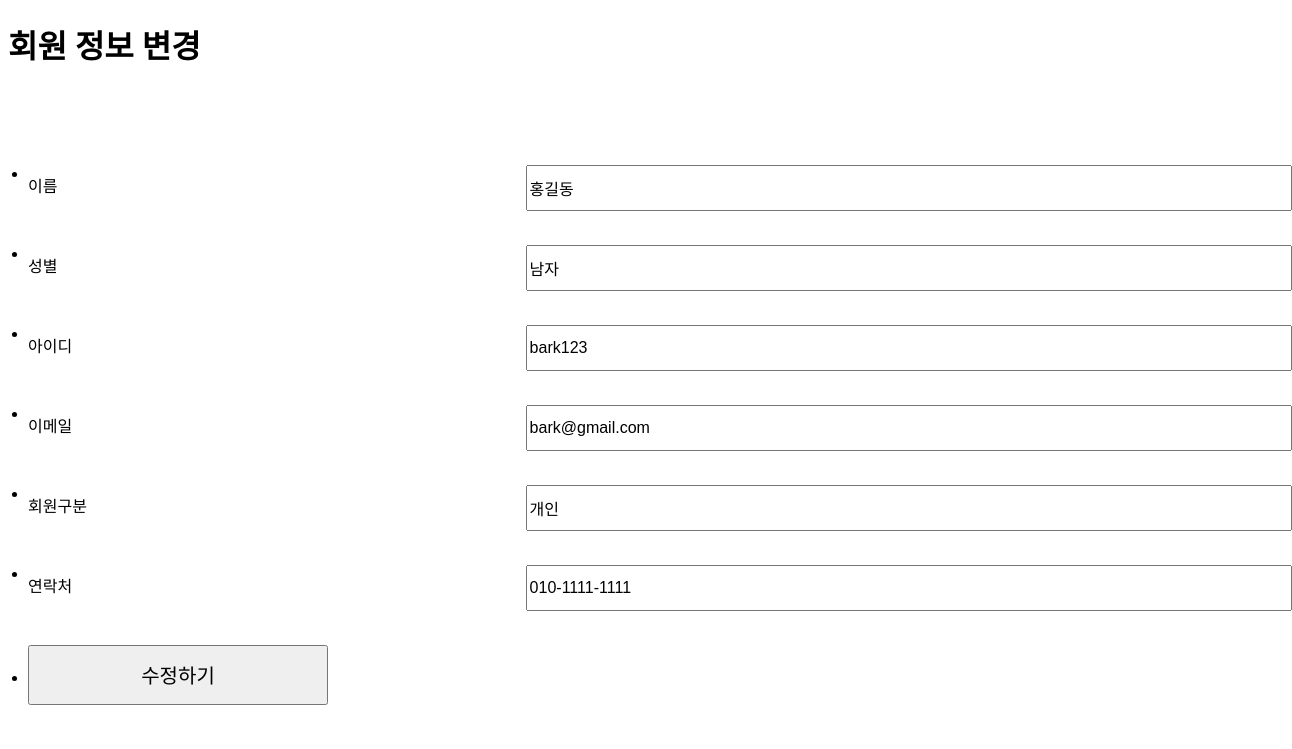
Repository: jngwk/Project-Bark
Page: http://localhost/Bark/include/userEditProfileFrm.jsp
These files come from the project's save history. The page is drawn as it stood at one moment and after the next save; the edit follows.
The browser window is 1280 px wide. The page is 1292 px wide, so the pictures cover 1292 px, including what lies to the right of the window. The pictures show the whole page.
The page is served by Tomcat 9.

Above is the page before, as saved 2024-03-31 05:48:24.

After the next save:
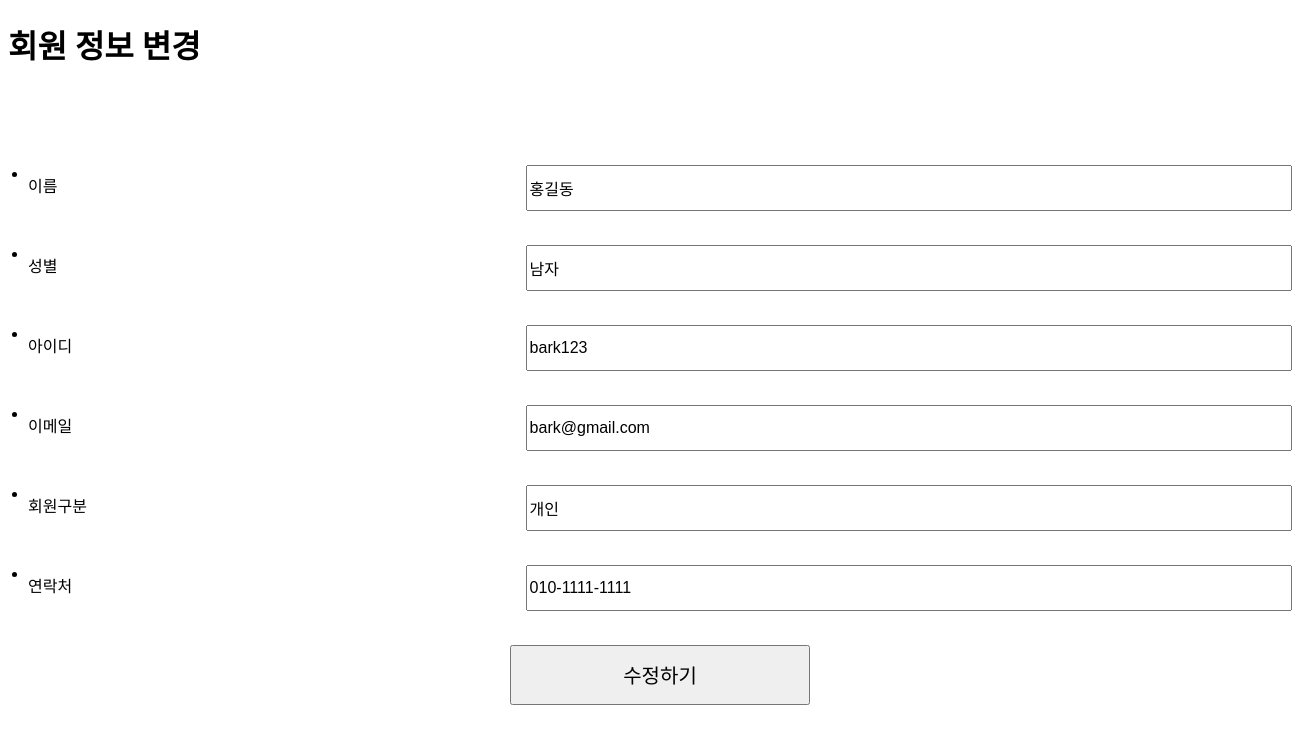
Saved 83 s later.
--- a/java_workspace/Bark/src/main/webapp/include/userEditProfileFrm.jsp
+++ b/java_workspace/Bark/src/main/webapp/include/userEditProfileFrm.jsp
@@ -38,9 +38,7 @@
 			<li class="form-element"><span class="label-text">연락처</span>
 			<input class="profile-info" type="text" data-text-content="true"
 			value="010-1111-1111" ></li>
-			<li class="form-element">
 			<button type="submit" class="edit-btn btn"><span>수정하기</span></button>
-			</li>
 		</ul>
 	</form>
 </div>
